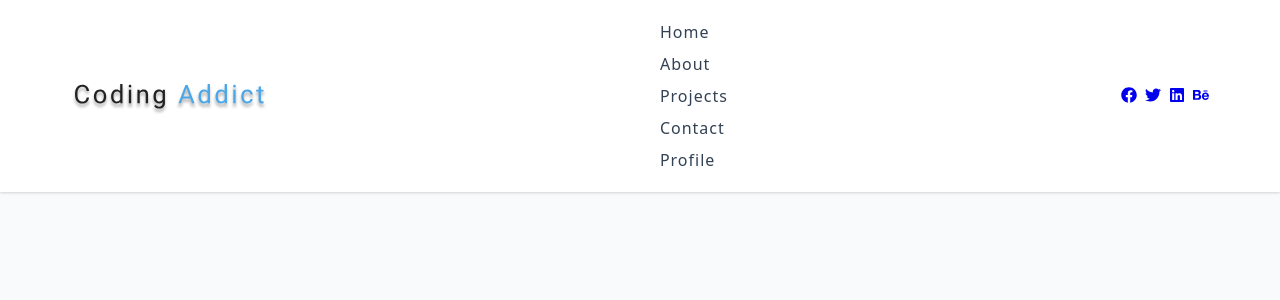
Repository: Maryie-B/React-Practice-Projects
Page: / (app in Navbar/)
These files come from the project's save history. The page is drawn as it stood at one moment and after the next save; the edit follows.
The browser window is 1280 px wide. The pictures show the whole page.
The project was rebuilt for these pictures with package versions that can differ from the ones it lists, and the page was loaded fresh each time. Also part of the build but not shown: Navbar/vite.config.js.

Above is the page before, as saved 2023-06-12 14:02:50.

### Navbar/src/App.jsx
import Navbar from './Navbar';
import { links, social } from './data'

const App = () => {
  return <main>
    <Navbar />
  </main>;
};
export default App;

### Navbar/src/index.css
/* ============= GLOBAL CSS =============== */

*,
::after,
::before {
  margin: 0;
  padding: 0;
  box-sizing: border-box;
}

html {
  font-size: 100%;
} /*16px*/

:root {
  /* colors */
  --primary-100: #c5e5fc;
  --primary-200: #a5d5f8;
  --primary-300: #8bcbf9;
  --primary-400: #6ebef7;
  --primary-500: #49a6e9;
  --primary-600: #2d87c8;
  --primary-700: #1a6aa2;
  --primary-800: #104e7a;
  --primary-900: #063251;

  /* grey */
  --grey-50: #f8fafc;
  --grey-100: #f1f5f9;
  --grey-200: #e2e8f0;
  --grey-300: #cbd5e1;
  --grey-400: #94a3b8;
  --grey-500: #64748b;
  --grey-600: #475569;
  --grey-700: #334155;
  --grey-800: #1e293b;
  --grey-900: #0f172a;
  /* rest of the colors */
  --black: #222;
  --white: #fff;
  --red-light: #f8d7da;
  --red-dark: #842029;
  --green-light: #d1e7dd;
  --green-dark: #0f5132;

  --small-text: 0.875rem;
  --extra-small-text: 0.7em;
  /* rest of the vars */
  --backgroundColor: var(--grey-50);
  --textColor: var(--grey-900);
  --borderRadius: 0.25rem;
  --letterSpacing: 1px;
  --transition: 0.3s ease-in-out all;
  --max-width: 1120px;
  --fixed-width: 600px;

  /* box shadow*/
  --shadow-1: 0 1px 3px 0 rgba(0, 0, 0, 0.1), 0 1px 2px 0 rgba(0, 0, 0, 0.06);
  --shadow-2: 0 4px 6px -1px rgba(0, 0, 0, 0.1),
    0 2px 4px -1px rgba(0, 0, 0, 0.06);
  --shadow-3: 0 10px 15px -3px rgba(0, 0, 0, 0.1),
    0 4px 6px -2px rgba(0, 0, 0, 0.05);
  --shadow-4: 0 20px 25px -5px rgba(0, 0, 0, 0.1),
    0 10px 10px -5px rgba(0, 0, 0, 0.04);
}

body {
  background: var(--backgroundColor);
  font-family: system-ui, -apple-system, BlinkMacSystemFont, 'Segoe UI', Roboto,
    Oxygen, Ubuntu, Cantarell, 'Open Sans', 'Helvetica Neue', sans-serif;
  font-weight: 400;
  line-height: 1;
  color: var(--textColor);
}
p {
  margin: 0;
}
h1,
h2,
h3,
h4,
h5 {
  margin: 0;
  font-family: var(--headingFont);
  font-weight: 400;
  line-height: 1;
  text-transform: capitalize;
  letter-spacing: var(--letterSpacing);
}

h1 {
  font-size: 3.052rem;
}

h2 {
  font-size: 2.441rem;
}

h3 {
  font-size: 1.953rem;
}

h4 {
  font-size: 1.563rem;
}

h5 {
  font-size: 1.25rem;
}

.text {
  margin-bottom: 1.5rem;
  max-width: 40em;
}

small,
.text-small {
  font-size: var(--small-text);
}

a {
  text-decoration: none;
}
ul {
  list-style-type: none;
  padding: 0;
}

.img {
  width: 100%;
  display: block;
  object-fit: cover;
}
/* buttons */

.btn {
  cursor: pointer;
  color: var(--white);
  background: var(--primary-500);
  border: transparent;
  border-radius: var(--borderRadius);
  letter-spacing: var(--letterSpacing);
  padding: 0.375rem 0.75rem;
  box-shadow: var(--shadow-1);
  transition: var(--transition);
  text-transform: capitalize;
  display: inline-block;
}
.btn:hover {
  background: var(--primary-700);
  box-shadow: var(--shadow-3);
}
.btn-hipster {
  color: var(--primary-500);
  background: var(--primary-200);
}
.btn-hipster:hover {
  color: var(--primary-200);
  background: var(--primary-700);
}
.btn-block {
  width: 100%;
}

/* alerts */
.alert {
  padding: 0.375rem 0.75rem;
  margin-bottom: 1rem;
  border-color: transparent;
  border-radius: var(--borderRadius);
}

.alert-danger {
  color: var(--red-dark);
  background: var(--red-light);
}
.alert-success {
  color: var(--green-dark);
  background: var(--green-light);
}
/* form */

.form {
  width: 90vw;
  max-width: var(--fixed-width);
  background: var(--white);
  border-radius: var(--borderRadius);
  box-shadow: var(--shadow-2);
  padding: 2rem 2.5rem;
  margin: 3rem auto;
}
.form-label {
  display: block;
  font-size: var(--small-text);
  margin-bottom: 0.5rem;
  text-transform: capitalize;
  letter-spacing: var(--letterSpacing);
}
.form-input,
.form-textarea {
  width: 100%;
  padding: 0.375rem 0.75rem;
  border-radius: var(--borderRadius);
  background: var(--backgroundColor);
  border: 1px solid var(--grey-200);
}

.form-row {
  margin-bottom: 1rem;
}

.form-textarea {
  height: 7rem;
}
::placeholder {
  font-family: inherit;
  color: var(--grey-400);
}
.form-alert {
  color: var(--red-dark);
  letter-spacing: var(--letterSpacing);
  text-transform: capitalize;
}
/* alert */

@keyframes spinner {
  to {
    transform: rotate(360deg);
  }
}

.loading {
  width: 6rem;
  height: 6rem;
  border: 5px solid var(--grey-400);
  border-radius: 50%;
  border-top-color: var(--primary-500);
  animation: spinner 0.6s linear infinite;
  margin: 0 auto;
}

/* title */

.title {
  text-align: center;
}

.title-underline {
  background: var(--primary-500);
  width: 7rem;
  height: 0.25rem;
  margin: 0 auto;
  margin-top: 1rem;
}
/* ============= PROJECT CSS =============== */

nav {
  background: var(--white);
  box-shadow: var(--shadow-1);
}

.nav-header {
  display: flex;
  align-items: center;
  justify-content: space-between;
  padding: 1rem;
}

.nav-toggle {
  font-size: 1.5rem;
  color: var(--primary-500);
  background: transparent;
  border-color: transparent;
  transition: var(--transition);
  cursor: pointer;
}

.nav-toggle:hover {
  color: var(--primary-700);
  transform: rotate(90deg);
}

.logo {
  height: 40px;
}

.links a {
  color: var(--grey-700);
  font-size: 1rem;
  text-transform: capitalize;
  letter-spacing: var(--letterSpacing);
  display: block;
  padding: 0.5rem 1rem;
  transition: var(--transition);
}

.links a:hover {
  background: var(--primary-100);
  color: var(--primary-500);
  padding-left: 1.5rem;
}

.links-container {
  overflow: hidden;
  transition: var(--transition);
}

.social-icons {
  display: none;
}

@media screen and (min-width: 800px) {
  .nav-toggle {
    display: none;
  }
  .nav-header {
    padding: 0;
  }

  .nav-center {
    max-width: 1170px;
    margin: 0 auto;
    display: flex;
    align-items: center;
    justify-content: space-between;
    padding: 1rem;
  }

  .links-container {
    height: auto !important;
  }

  .social-icons {
    display: flex;
    gap: 0.5rem;

  }
}

### Navbar/src/Navbar.jsx
import { useState, useRef } from 'react';
import { FaBars } from 'react-icons/fa';
import { links, social } from './data';
import logo from './logo.svg';

const Navbar = () => {
    const [showLinks, setShowLinks] = useState(false);
    const linksContainerRef = useRef(null);
    const linksRef = useRef(null);

    const linkStyles = {
        height: showLinks ? `${linksRef.current.getBoundingClientRect().height}px`: '0px'
    };

  return (
    <nav>
      <div className="nav-center">
        <div className="nav-header">
            <img src={logo} className='logo' alt="logo" />
            <button className="nav-toggle" onClick={() => setShowLinks(!showLinks)}>
                <FaBars />
            </button>
        </div>
        <div className="links-container" ref={linksContainerRef} style={linkStyles} >
            <ul className="links" ref={linksRef}>
                {links.map((link) => {
                    const { id, url, text } = link;
                    return (
                        <li key={id}>
                            <a href={url}>{text}</a>
                        </li>
                    )
                })}
            </ul>
        </div>
        <ul className="social-icons">
            {social.map((socialIcon) => {
                const { id, url, icon } = socialIcon;
                return (
                    <li key={id}>
                        <a href={url}>{icon}</a>
                    </li>
                )
            })}
        </ul>
      </div>
    </nav>
  )
}

export default Navbar

### Navbar/src/data.jsx
import { FaBehance, FaFacebook, FaLinkedin, FaTwitter } from 'react-icons/fa';
export const links = [
  {
    id: 1,
    url: '/',
    text: 'home',
  },
  {
    id: 2,
    url: '/about',
    text: 'about',
  },
  {
    id: 3,
    url: '/projects',
    text: 'projects',
  },
  {
    id: 4,
    url: '/contact',
    text: 'contact',
  },
  {
    id: 5,
    url: '/profile',
    text: 'profile',
  },
];

export const social = [
  {
    id: 1,
    url: 'https://www.twitter.com',
    icon: <FaFacebook />,
  },
  {
    id: 2,
    url: 'https://www.twitter.com',
    icon: <FaTwitter />,
  },
  {
    id: 3,
    url: 'https://www.twitter.com',
    icon: <FaLinkedin />,
  },
  {
    id: 4,
    url: 'https://www.twitter.com',
    icon: <FaBehance />,
  },
];

Loaded but not shown: Navbar/index.html (common file); Navbar/src/main.jsx (common file)

After the next save:
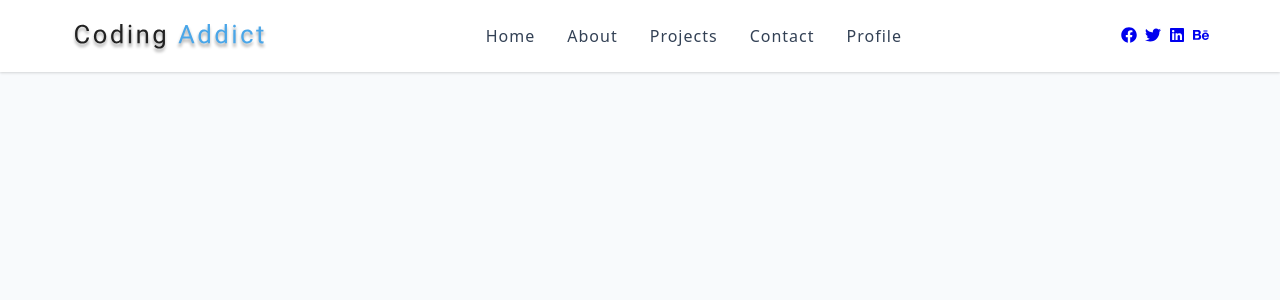
Saved 41 s later.
--- a/Navbar/src/index.css
+++ b/Navbar/src/index.css
@@ -330,6 +330,10 @@
     height: auto !important;
   }
 
+  .links {
+    display: flex;
+  }
+
   .social-icons {
     display: flex;
     gap: 0.5rem;
